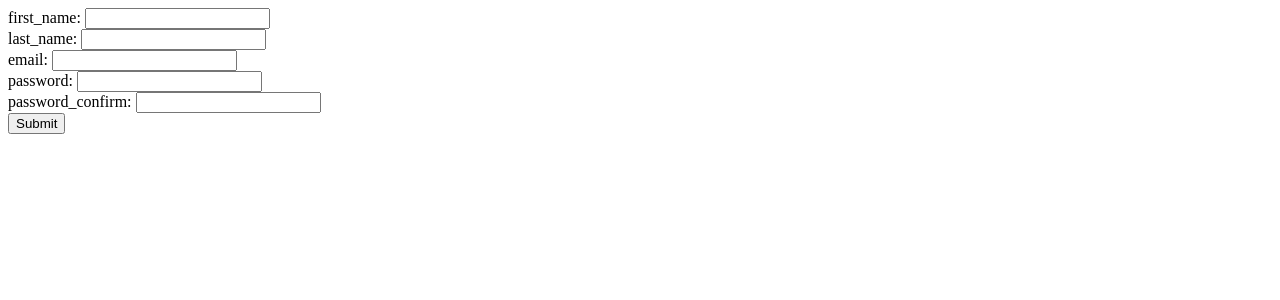
Repository: Map2g/GroupMeet
Page: insert.html
The author's editor kept a record of every edit. The page is drawn from the files as they stood at one moment, then again after the next edit.
The browser window is 1280 px wide. The pictures show the whole page.

Above is the page before.

After the next edit:
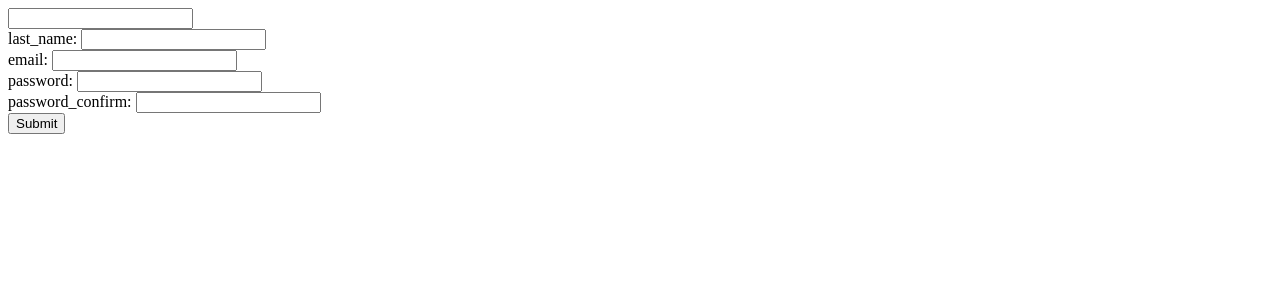
The edit:
--- a/insert.html
+++ b/insert.html
@@ -5,7 +5,7 @@
     </head>
     <body>
 <form action = "register.php" method = "post">
-    first_name: <input type = "text" name = "fname">
+    <input type = "text" name = "fname">
     <br/>
     last_name: <input type = "text" name = "lname">
     <br/>
